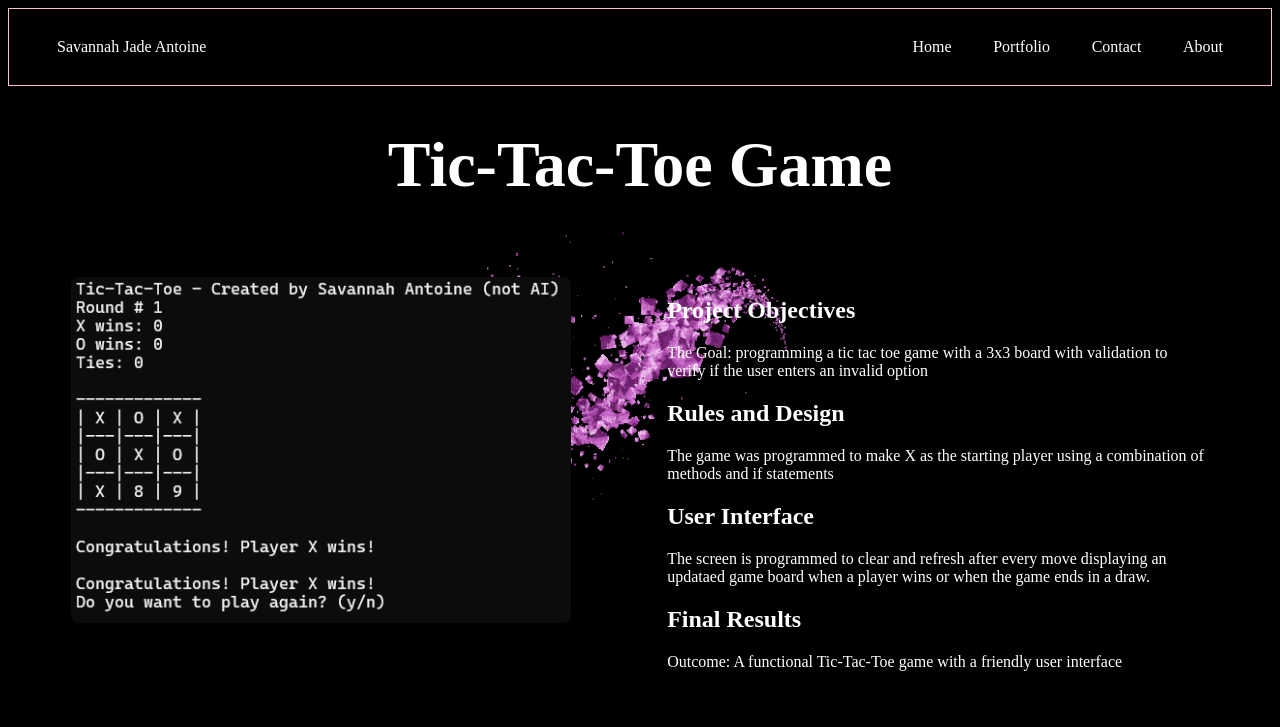
Repository: Savannah-Antoine/Savannah-Antoine
Page: pages/project-name-3.html
These files come from the project's save history. The page is drawn as it stood at one moment and after the next save; the edit follows.
The browser window is 1280 px wide. The pictures show the whole page.

Above is the page before, as saved 2026-05-16 01:22:47.

### pages/project-name-3.html
<!DOCTYPE html>
<html lang="en">
<head>
    <meta charset="UTF-8">
    <meta name="viewport" content="width=device-width, initial-scale=1.0">
    <link rel = "stylesheet" href = "../styles/page.css" />
    <link rel = "stylesheet" href = "../styles/globals.css" />
    <title>Document</title>
</head>
<body>
<header>
<nav>
        <ul class = "navigation">
  <li><a href="../index.html">Home</a></li>
  <li><a href="../pages/portfolioPage.html">Portfolio</a></li>
  <li><a href="../pages/contact.html">Contact</a></li>
  <li><a href="../pages/about.asp">About</a></li>
        </ul>

        <ul class = "homeButton">
           <li><a   href = "../index.html">Savannah Jade Antoine</a></li>
        </ul>
</nav>
    <h1>Tic-Tac-Toe Game</h1>
</header>
<main class = "container">


<div class = "project-visuals">
<img src = "../assets/images/Project3.png" alt = "First Portfolio placeholder image" />
</div>
<div class = "project-details">
<section>
<h2>Project Objectives</h2>
    <p>
        The Goal: programming a tic tac toe game with a 3x3 board with validation to verify if the user enters an invalid option
<h2>Rules and Design</h2>
<p>
    The game was programmed to make X as the starting player using a combination of methods and if statements
</p>


<h2>User Interface</h2>
<p>
    The screen is programmed to clear and refresh after every move displaying an updataed game board when a player wins or when the game ends in a draw.
</p>


<h2>Final Results</h2>

<p>
    Outcome: A functional Tic-Tac-Toe game with a friendly user interface
</p>
</section>
</div>



</main>

</body>
</html>

### styles/page.css


.project-details{
    text-align: left;
    justify-content: center;
}



img {
    width: 100%;
    max-width: 500px; /* Increased slightly for detail */
    height: auto;
    border-radius: 0.5rem;
}

.container {
    display: flex;
    flex-direction: column;
    align-items: center;
    gap: 6rem;
    padding: 2rem 5%;
}

@media screen and (min-width: 768px) {

    .project-details {
        flex: 1;
        text-align: left;
    }
}

### styles/globals.css
body {
    background-color: black;
  background-image: url(/assets/images/background-pic.gif);
  background-repeat: no-repeat;
  background-size: cover;
  color: white;
  font-size: 1rem;
  text-align: center;
}

.homeButton{
  order: -1;
  list-style-type: none;
  margin: 0;
  padding: 0;
  display: flex;
  justify-content: left;

}

.navigation {
    display: grid;
    grid-template-columns: repeat(2, 1fr);
    gap: 0.6rem;
    text-align: right;
}




nav {
    display: flex;
    justify-content: space-between;
    align-items: center;
    padding: 1rem 2rem;

    border: 0.1rem solid pink;
    cursor: pointer;


}



nav ul {
    display: flex;
    list-style: none;
    gap: 1rem;
    margin: 0;
    padding: 0;
}
button {
    padding: 0.7rem 1.2rem;
    background-color: transparent;
    color: white;
    border: 0.1rem solid pink;
    cursor: pointer;
    transition: all 0.3s ease;
    border-radius: 0.2rem;
    gap: 1rem;
}
button:hover {
    background-color: pink;
    color: rgb(31, 1, 31);
    transform: translateY(-3px);
    box-shadow: 0 0.3rem 1rem rgba(255, 255, 255, 0.3);
}

.infoButtons {
    display: flex;
    justify-content: center;
    gap: 1.5rem;
    margin-top: 1.4rem;
    min-width: 100px;
    padding: 0.7rem 0.9rem;
}

li a {
  display: block;
  color: white;
  padding: 0.8rem 1rem;
  text-decoration: none;
}

ul li a:hover {
 background-color: pink;
  color: rgb(31, 1, 31);
  box-shadow: 0 0.5rem 0.9rem rgba(255, 255, 255, 0.3)
}

h1{

  font-size: 4rem;
}

@media screen and (min-width: 768px)
{




    #AboutMe img {
        width: 300px;
        border-radius: 10px;
    }
   body h1 {
        font-size: 4rem;
    }
    .container {
        flex-direction: row;
        flex-wrap: wrap;
        align-items: flex-start;
        justify-content: space-around;
    }
    .project-card {
        width: 30%;
        width:300px;
        min-width: 250px;
        text-align: center;
    }
    .project-card img{
       width: 100%;
    height: 250px;
    object-fit: cover;
    object-position: top;
    border-radius: 0.5rem;


    }


    .navigation{
        display:flex;
    }

}


@media screen and (min-width: 1000px)
{
    .container {
        margin: 0 auto;
    }
    .aboutMe {
        flex-direction: row;
        justify-content: center;
        align-items: flex-start;
        text-align: left;
        gap: 4rem;

    }
    #AboutMe
    {
        padding: 50px 10%;
        text-align: center;
        align-items:center;
        justify-content: center;
      max-width: 1000px;
    }

}

After the next save:
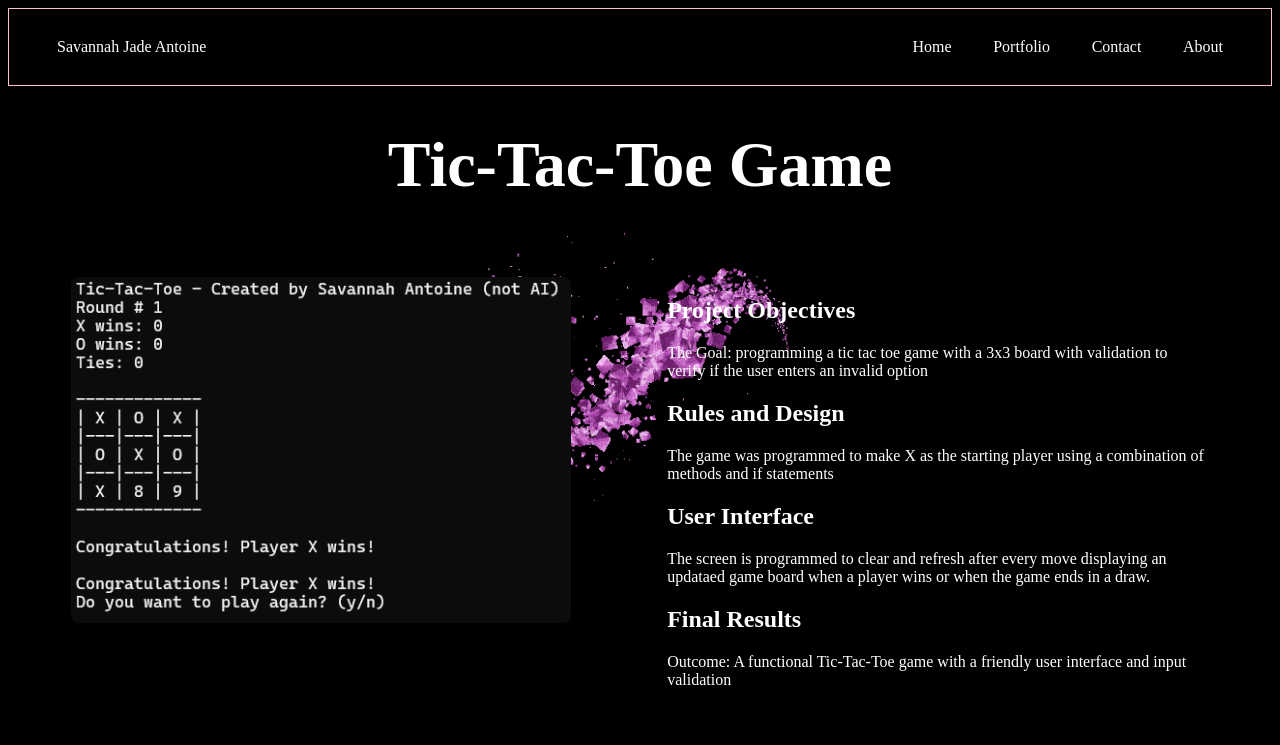
Saved 90 s later.
--- a/pages/project-name-3.html
+++ b/pages/project-name-3.html
@@ -49,7 +49,7 @@
 <h2>Final Results</h2>
 
 <p>
-    Outcome: A functional Tic-Tac-Toe game with a friendly user interface
+    Outcome: A functional Tic-Tac-Toe game with a friendly user interface and input validation
 </p>
 </section>
 </div>
